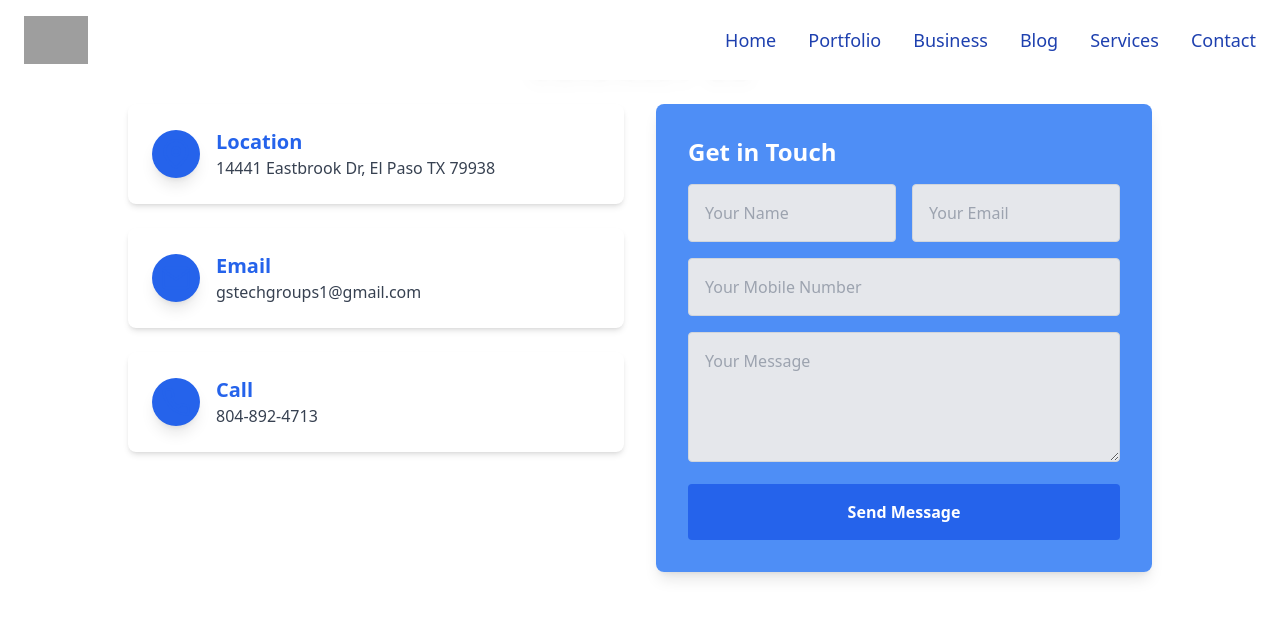
Repository: Rudra-Eswaran/Rudra_Official
Page: /
The author's editor kept a copy of each file at every save. The page is drawn from the files as they stood at one save, then again after the next save.
The browser window is 1280 px wide. The pictures show the whole page.
Pictures or frames that could not be fetched are drawn as grey boxes. Some web libraries are served in a nearby version. The project was rebuilt for these pictures with package versions that can differ from the ones it lists, and the page was loaded fresh each time. Also part of the build but not shown: vite.config.js.

Above is the page before, as saved 2025-04-15 18:45:23.

After the next save:
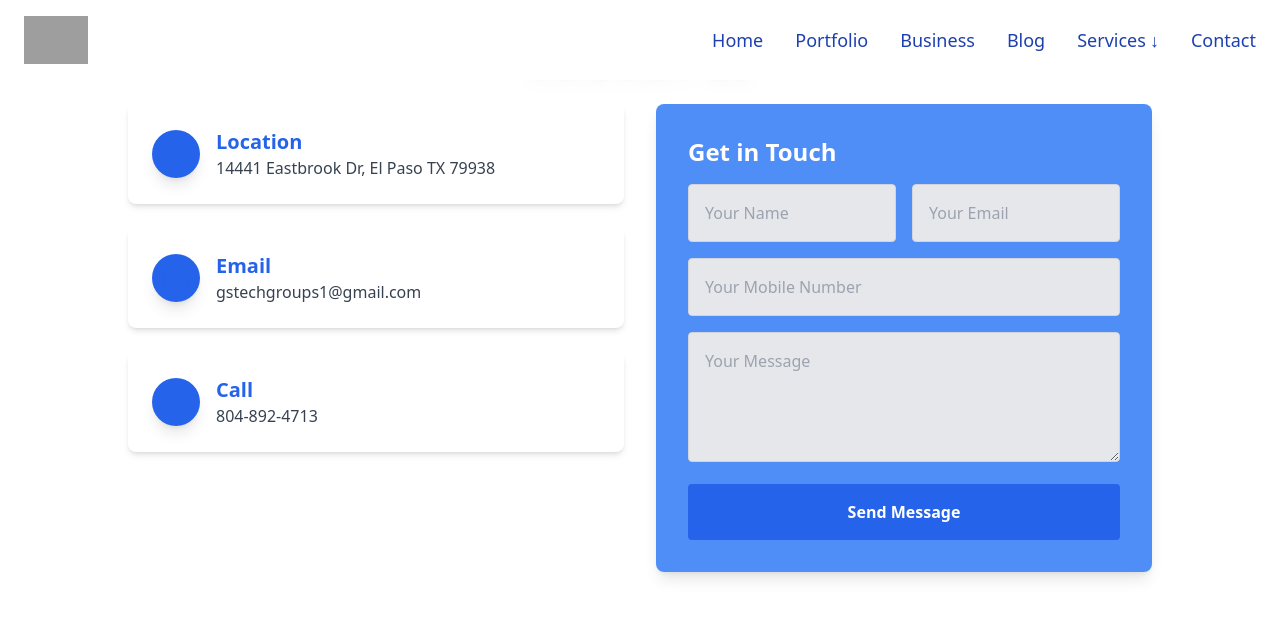
Saved 98 s later.
--- a/src/components/Navbar.jsx
+++ b/src/components/Navbar.jsx
@@ -35,7 +35,7 @@ const Navbar = () => {
           <li>
             <Link
               to="/"
-              className="hover:text-blue-600 transition duration-300 ease-in-out transform hover:scale-105"
+              className="hover:text-blue-300 transition duration-300 ease-in-out transform hover:scale-105"
             >
               Home
             </Link>
@@ -43,7 +43,7 @@ const Navbar = () => {
           <li>
             <Link
               to="/portfolio"
-              className="hover:text-blue-600 transition duration-300 ease-in-out transform hover:scale-105"
+              className="hover:text-blue-300 transition duration-300 ease-in-out transform hover:scale-105"
             >
               Portfolio
             </Link>
@@ -51,7 +51,7 @@ const Navbar = () => {
           <li>
             <Link
               to="/business"
-              className="hover:text-blue-600 transition duration-300 ease-in-out transform hover:scale-105"
+              className="hover:text-blue-300 transition duration-300 ease-in-out transform hover:scale-105"
             >
               Business
             </Link>
@@ -59,7 +59,7 @@ const Navbar = () => {
           <li>
             <Link
               to="/blog"
-              className="hover:text-blue-600 transition duration-300 ease-in-out transform hover:scale-105"
+              className="hover:text-blue-300 transition duration-300 ease-in-out transform hover:scale-105"
             >
               Blog
             </Link>
@@ -69,11 +69,12 @@ const Navbar = () => {
           <li className="relative group">
             <Link
               to="#"
-              className="hover:text-blue-600 transition duration-300 ease-in-out transform hover:scale-105"
+              className="flex items-center hover:text-blue-300 transition duration-300 ease-in-out transform hover:scale-105"
             >
               Services
-            </Link>
-            <ul className="absolute left-0 hidden mt-2 space-y-2 bg-white shadow-lg text-blue-800 p-4 rounded-lg w-48 group-hover:block transition-all duration-300 ease-in-out opacity-0 group-hover:opacity-100">
+              <span className="ml-1 text-lg">↓</span> {/* Down Arrow */}
+            </Link>
+            <ul className="absolute left-0 hidden mt-2 space-y-2 bg-white shadow-lg text-blue-800 p-4 rounded-lg w-48 group-hover:block group-hover:opacity-100 opacity-0 transition-all duration-300 ease-in-out">
               <li>
                 <Link
                   to="/products"
@@ -104,7 +105,7 @@ const Navbar = () => {
           <li>
             <Link
               to="/contact"
-              className="hover:text-blue-600 transition duration-300 ease-in-out transform hover:scale-105"
+              className="hover:text-blue-300 transition duration-300 ease-in-out transform hover:scale-105"
             >
               Contact
             </Link>
@@ -129,7 +130,7 @@ const Navbar = () => {
             <Link
               to="/"
               onClick={() => setIsOpen(false)}
-              className="block text-lg hover:text-blue-600 transition-all duration-300"
+              className="block text-lg hover:text-blue-300 transition-all duration-300"
             >
               Home
             </Link>
@@ -138,7 +139,7 @@ const Navbar = () => {
             <Link
               to="/portfolio"
               onClick={() => setIsOpen(false)}
-              className="block text-lg hover:text-blue-600 transition-all duration-300"
+              className="block text-lg hover:text-blue-300 transition-all duration-300"
             >
               Portfolio
             </Link>
@@ -147,7 +148,7 @@ const Navbar = () => {
             <Link
               to="/business"
               onClick={() => setIsOpen(false)}
-              className="block text-lg hover:text-blue-600 transition-all duration-300"
+              className="block text-lg hover:text-blue-300 transition-all duration-300"
             >
               Business
             </Link>
@@ -156,7 +157,7 @@ const Navbar = () => {
             <Link
               to="/blog"
               onClick={() => setIsOpen(false)}
-              className="block text-lg hover:text-blue-600 transition-all duration-300"
+              className="block text-lg hover:text-blue-300 transition-all duration-300"
             >
               Blog
             </Link>
@@ -166,9 +167,9 @@ const Navbar = () => {
           <li className="relative">
             <button
               onClick={() => setIsOpen(!isOpen)}
-              className="block text-lg hover:text-blue-600 transition-all duration-300 w-full text-left"
-            >
-              Services
+              className="block text-lg hover:text-blue-300 transition-all duration-300 w-full text-left"
+            >
+              Services <span className="ml-1 text-lg">↓</span> {/* Down Arrow */}
             </button>
             {isOpen && (
               <ul className="space-y-2 pl-4">
@@ -207,7 +208,7 @@ const Navbar = () => {
             <Link
               to="/contact"
               onClick={() => setIsOpen(false)}
-              className="block text-lg hover:text-blue-600 transition-all duration-300"
+              className="block text-lg hover:text-blue-300 transition-all duration-300"
             >
               Contact
             </Link>
